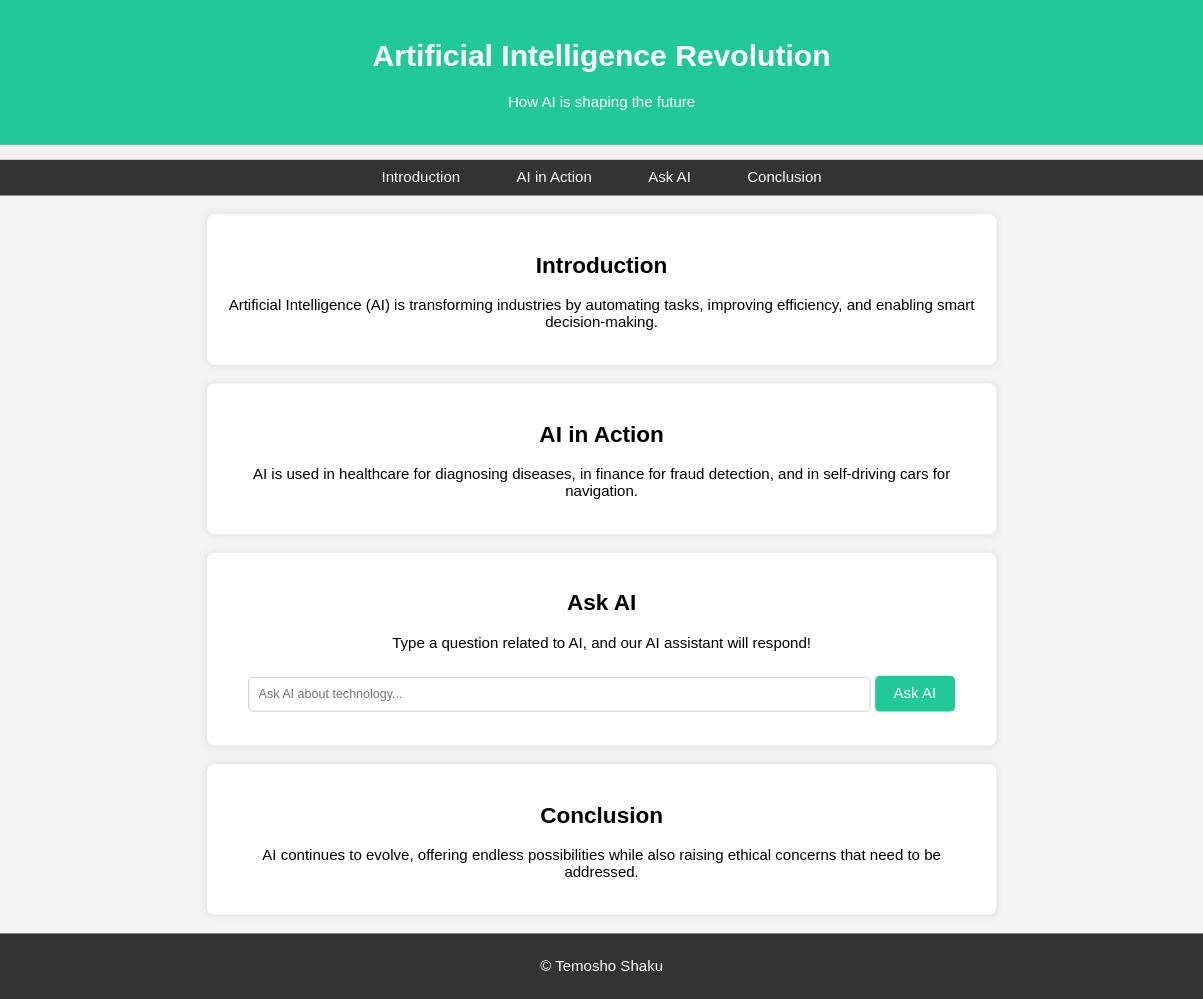
Repository: TemoshoS/ai
Page: index.html
The author's editor kept a copy of each file at every save. The page is drawn from the files as they stood at one save, then again after the next save.
The browser window is 1280 px wide. The pictures show the whole page, at 94% of full size.

Above is the page before, as saved 2025-02-16 13:48:38.

### index.html
<!DOCTYPE html>
<html lang="en">
<head>
    <meta charset="UTF-8">
    <meta name="viewport" content="width=device-width, initial-scale=1.0">
    <title>AI Revolution</title>
    <link rel="stylesheet" href="styles.css">
</head>
<body>
    <header>
        <h1>Artificial Intelligence Revolution</h1>
        <p>How AI is shaping the future</p>
    </header>

    <nav>
        <ul>
            <li><a href="#intro">Introduction</a></li>
            <li><a href="#body">AI in Action</a></li>
            <li><a href="#chatbot">Ask AI</a></li>
            <li><a href="#conclusion">Conclusion</a></li>
        </ul>
    </nav>

    <section id="intro">
        <h2>Introduction</h2>
        <p>Artificial Intelligence (AI) is transforming industries by automating tasks, improving efficiency, and enabling smart decision-making.</p>
    </section>

    <section id="body">
        <h2>AI in Action</h2>
        <p>AI is used in healthcare for diagnosing diseases, in finance for fraud detection, and in self-driving cars for navigation.</p>
    </section>

    <section id="chatbot">
        <h2>Ask AI</h2>
        <p>Type a question related to AI, and our AI assistant will respond!</p>
        <input type="text" id="userInput" placeholder="Ask AI about technology...">
        <button id="askAI">Ask AI</button>
        <p id="aiResponse"></p>
    </section>

    <section id="conclusion">
        <h2>Conclusion</h2>
        <p>AI continues to evolve, offering endless possibilities while also raising ethical concerns that need to be addressed.</p>
    </section>

    <footer>
        <p>&copy;  Temosho Shaku</p>
    </footer>

    <script src="script.js"></script>
</body>
</html>

### styles.css
body {
    font-family: Arial, sans-serif;
    margin: 0;
    padding: 0;
    background-color: #f4f4f4;
    text-align: center;
}

header {
    background-color: #20C997;
    color: white;
    padding: 20px;
}

nav ul {
    list-style: none;
    padding: 0;
    background: #333;
    display: flex;
    justify-content: center;
}

nav ul li {
    margin: 0 15px;
}

nav ul li a {
    color: white;
    text-decoration: none;
    padding: 10px 15px;
    display: block;
}

nav ul li a:hover {
    background-color: #20C997;
    border-radius: 5px;
}

section {
    padding: 20px;
    max-width: 800px;
    margin: auto;
    background: white;
    margin-top: 20px;
    border-radius: 8px;
    box-shadow: 0px 0px 10px rgba(0, 0, 0, 0.1);
}

input {
    padding: 10px;
    width: 80%;
    border: 1px solid #ccc;
    border-radius: 5px;
    margin-top: 10px;
}

button {
    background-color: #20C997;
    color: white;
    padding: 10px 20px;
    border: none;
    font-size: 16px;
    cursor: pointer;
    margin-top: 10px;
    border-radius: 5px;
}

button:hover {
    background-color: #17a589;
}

#aiResponse {
    font-weight: bold;
    color: #333;
    margin-top: 15px;
}

footer {
    margin-top: 20px;
    background-color: #333;
    color: white;
    padding: 10px;
}

### script.js
document.getElementById("askAI").addEventListener("click", function () {
    let userInput = document.getElementById("userInput").value.trim();

    if (!userInput) {
        alert("Please enter a question!");
        return;
    }

    document.getElementById("aiResponse").innerText = "Thinking...";

    setTimeout(() => {
        let fakeResponses = [
            "AI is transforming industries by automating repetitive tasks.",
            "Machine learning is a subset of AI that allows computers to learn from data.",
            "AI is used in chatbots, self-driving cars, and healthcare.",
            "Ethical concerns in AI include bias, privacy, and job automation.",
            "AI can enhance cybersecurity by detecting threats in real-time.",
            "Deep learning is a powerful AI method inspired by the human brain."
        ];

        let randomResponse = fakeResponses[Math.floor(Math.random() * fakeResponses.length)];

        document.getElementById("aiResponse").innerText = randomResponse;
    }, 1500);
});

After the next save:
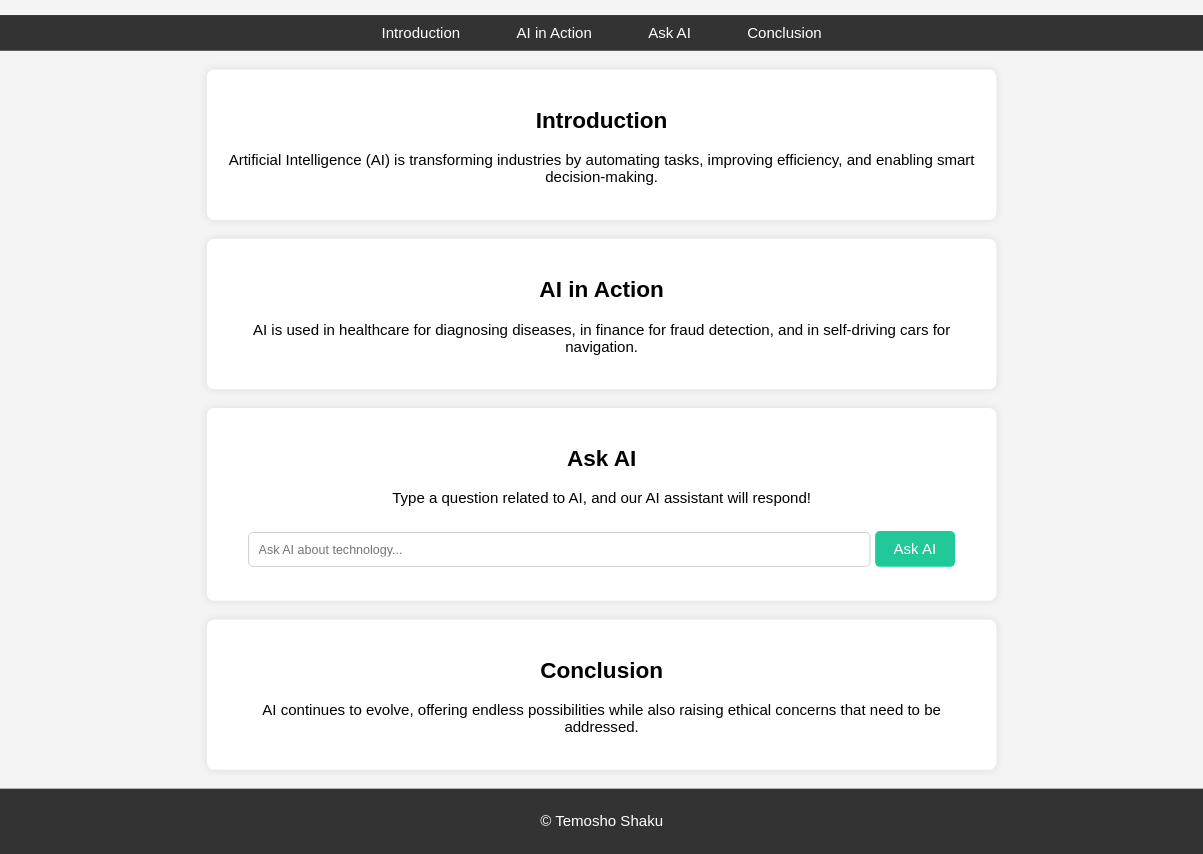
Saved 5 min 1 s later.
--- a/index.html
+++ b/index.html
@@ -7,10 +7,6 @@
     <link rel="stylesheet" href="styles.css">
 </head>
 <body>
-    <header>
-        <h1>Artificial Intelligence Revolution</h1>
-        <p>How AI is shaping the future</p>
-    </header>
 
     <nav>
         <ul>
